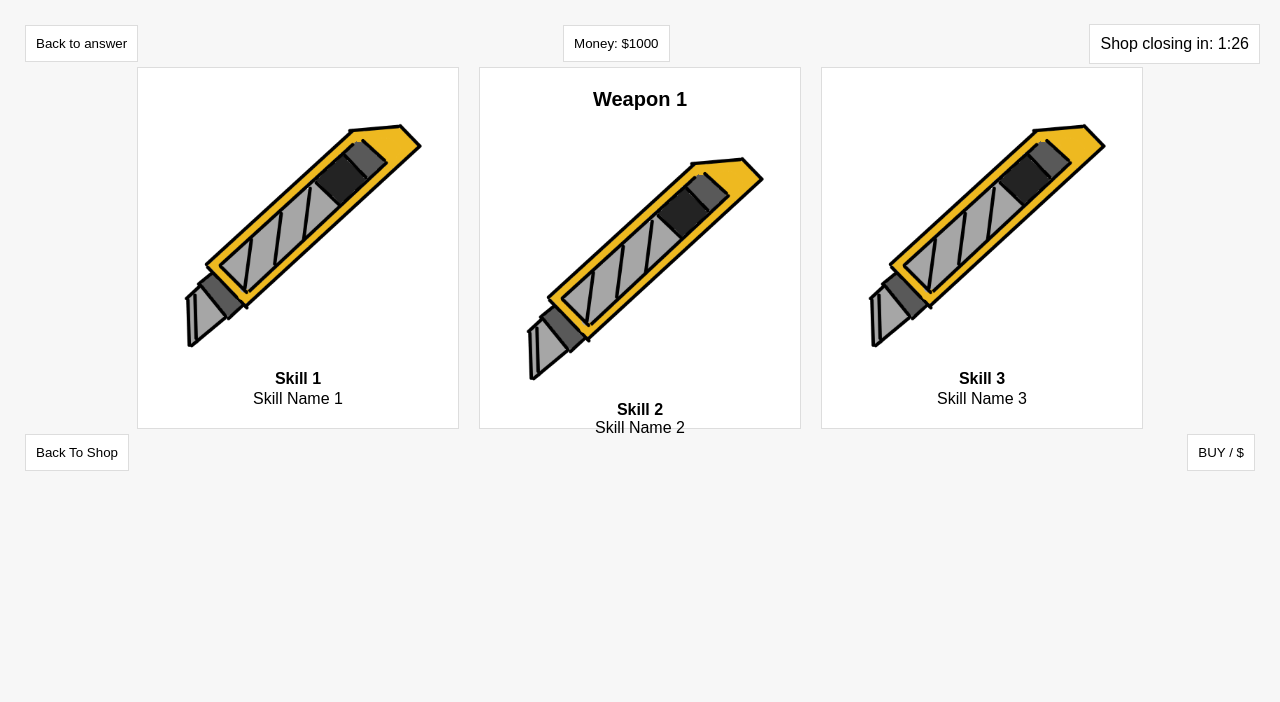
Repository: sean12-2007/Jailbreaker
Page: public/src/pages/shop_skills copy 2.html
These files come from the project's save history. The page is drawn as it stood at one moment and after the next save; the edit follows.
The browser window is 1280 px wide. The pictures show the whole page.

Above is the page before, as saved 2024-08-09 20:17:04.

After the next save:
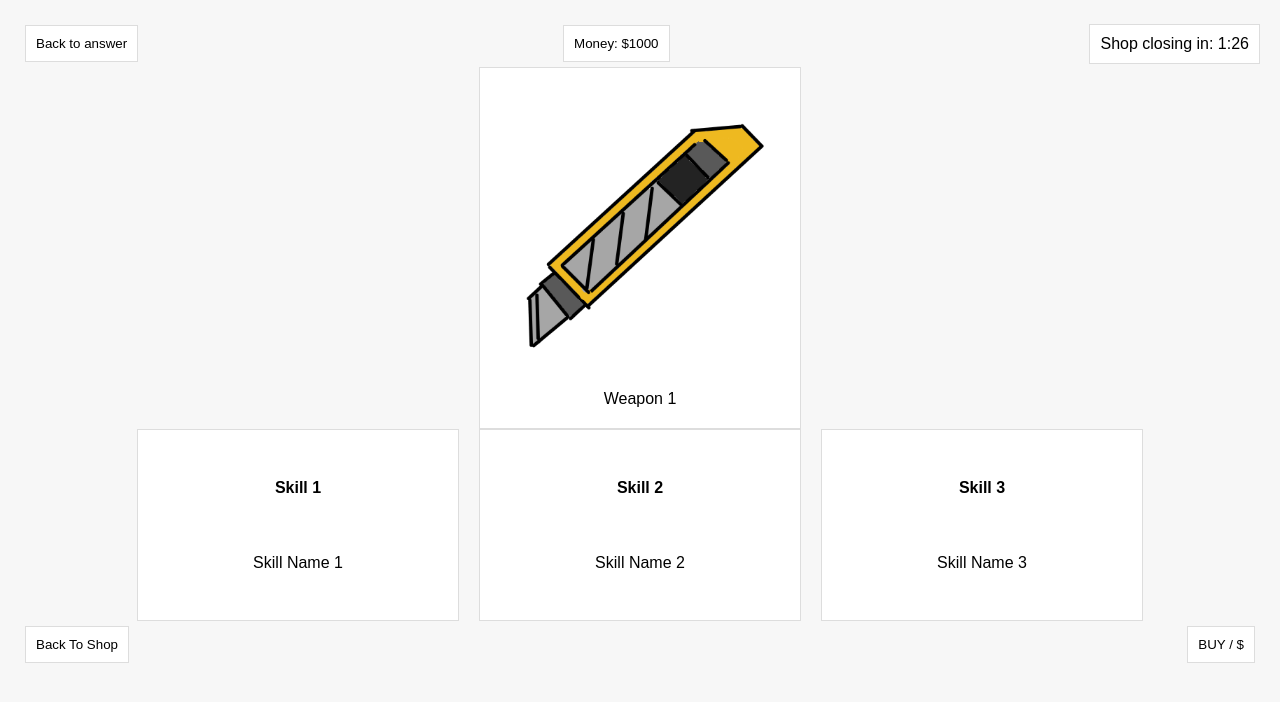
Saved 3 min 53 s later.
--- a/public/src/pages/shop_skills copy 2.html
+++ b/public/src/pages/shop_skills copy 2.html
@@ -47,6 +47,24 @@
       width: 100%;
       height: auto;
     }
+    .skill-container {
+      display: flex;
+      justify-content: center;
+      align-items: center;
+      gap: 20px;
+      width: 100%;
+    }
+    .skill {
+      width: 280px;
+      height: 150px;
+      border: 1px solid #ddd;
+      background: #fff;
+      display: flex;
+      flex-direction: column;
+      justify-content: space-around;
+      align-items: center;
+      padding: 20px;
+    }
     .skill-name {
       font-weight: bold;
     }
@@ -55,11 +73,6 @@
       background: #fff;
       padding: 10px;
       text-align: center;
-    }
-    .weapon-name {
-      font-size: 20px;
-      font-weight: bold;
-      margin-bottom: 10px;
     }
   </style>
 </head>
@@ -74,16 +87,19 @@
   <div class="weapon-container">
     <div class="weapon">
       <img src="/images/artknife.png" alt="Weapon 1" />
+      <div>Weapon 1</div>
+    </div>
+  </div>
+  <div class="skill-container">
+    <div class="skill">
       <div class="skill-name">Skill 1</div>
       <div>Skill Name 1</div>
     </div>
-    <div class="weapon">
-      <div class="weapon-name">Weapon 1</div> <img src="/images/artknife.png" alt="Weapon 2" />
+    <div class="skill">
       <div class="skill-name">Skill 2</div>
       <div>Skill Name 2</div>
     </div>
-    <div class="weapon">
-      <img src="/images/artknife.png" alt="Weapon 3" />
+    <div class="skill">
       <div class="skill-name">Skill 3</div>
       <div>Skill Name 3</div>
     </div>
